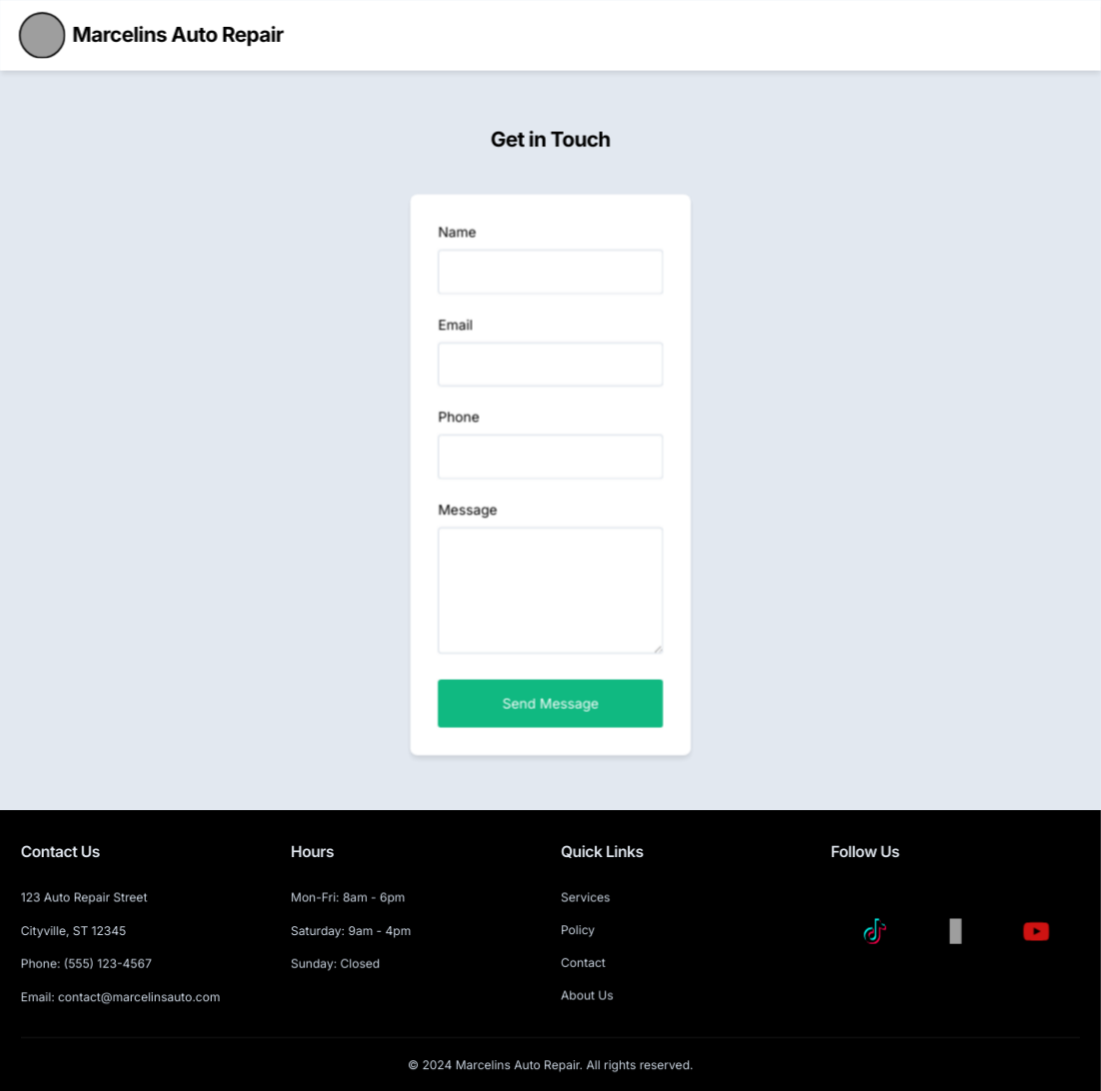
Repository: ilovegames507/twebsite-2
Page: frontend/public/contact.html
These files come from the project's save history. The page is drawn as it stood at one moment and after the next save; the edit follows.
The browser window is 1280 px wide. The pictures show the whole page, at 86% of full size.
Pictures or frames that could not be fetched are drawn as grey boxes.

Above is the page before, as saved 2025-03-18 21:24:32.

After the next save:
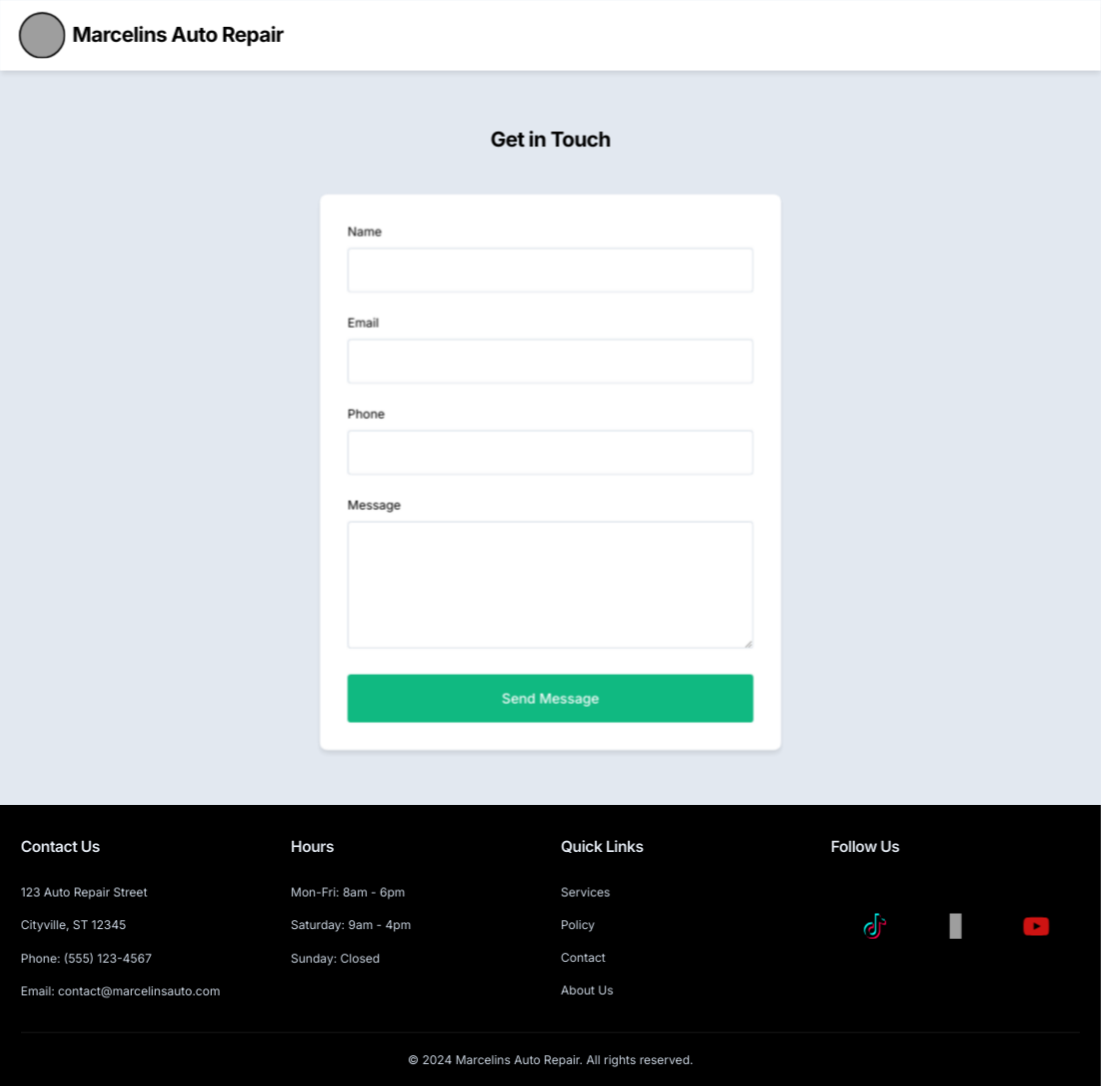
Saved 50 s later.
--- a/frontend/public/styles/components/contact.css
+++ b/frontend/public/styles/components/contact.css
@@ -1,40 +1,41 @@
 .contact-section {
-    padding: 4rem 0;
+    padding: 2rem 0;
     background-color: var(--clr-light);
     min-height: 100vh;
-    min-height: calc(100vh - 82px);
     display: flex;
     align-items: center;
   }
 
   .contact-container {
+    width: 100%;
     max-width: 600px;
     margin: 0 auto;
-    padding: 0 2rem;
+    padding: 0 1rem;
   }
 
   .contact-title {
-    font-size: var(--size-2xl);
+    font-size: var(--size-xl);
     color: var(--clr-dark);
     text-align: center;
-    margin-bottom: 3rem;
+    margin-bottom: 2rem;
   }
 
   .contact-form {
     background: white;
-    padding: 2rem;
+    padding: 1.5rem;
     border-radius: 0.5rem;
     box-shadow: 0 4px 6px rgba(0, 0, 0, 0.1);
   }
 
   .form-group {
-    margin-bottom: 1.5rem;
+    margin-bottom: 1.2rem;
   }
 
   .form-group label {
     display: block;
     margin-bottom: 0.5rem;
     color: var(--clr-dark);
+    font-size: 0.9rem;
   }
 
   .form-group input,
@@ -47,35 +48,67 @@
     transition: border-color 0.3s ease;
   }
 
-  .form-group input:focus,
-  .form-group textarea:focus {
-    outline: none;
-    border-color: var(--clr-green);
-    box-shadow: 0 0 0 3px rgba(16, 185, 129, 0.1);
+  textarea {
+    resize: vertical;
+    min-height: 120px;
   }
 
   .submit-btn {
     background-color: var(--clr-green);
     color: white;
-    padding: 1rem 2rem;
+    padding: 0.8rem;
     border: none;
     border-radius: 0.25rem;
     font-size: 1rem;
     cursor: pointer;
     width: 100%;
     transition: background-color 0.3s ease;
+    font-weight: 500;
   }
 
   .submit-btn:hover {
     background-color: #059669;
   }
 
-  @media (max-width: 768px) {
+  @media (min-width: 768px) {
+    .contact-section {
+      padding: 4rem 0;
+    }
+
     .contact-container {
-      padding: 0 1rem;
+      padding: 0 2rem;
     }
 
     .contact-title {
-      font-size: var(--size-xl);
+      font-size: var(--size-2xl);
+      margin-bottom: 3rem;
+    }
+
+    .contact-form {
+      padding: 2rem;
+    }
+
+    .form-group {
+      margin-bottom: 1.5rem;
+    }
+
+    .submit-btn {
+      padding: 1rem 2rem;
     }
   }
+
+  @media (max-width: 480px) {
+    .contact-form {
+      padding: 1rem;
+    }
+
+    .form-group input,
+    .form-group textarea {
+      padding: 0.7rem;
+      font-size: 0.9rem;
+    }
+
+    .submit-btn {
+      font-size: 0.9rem;
+    }
+  }
